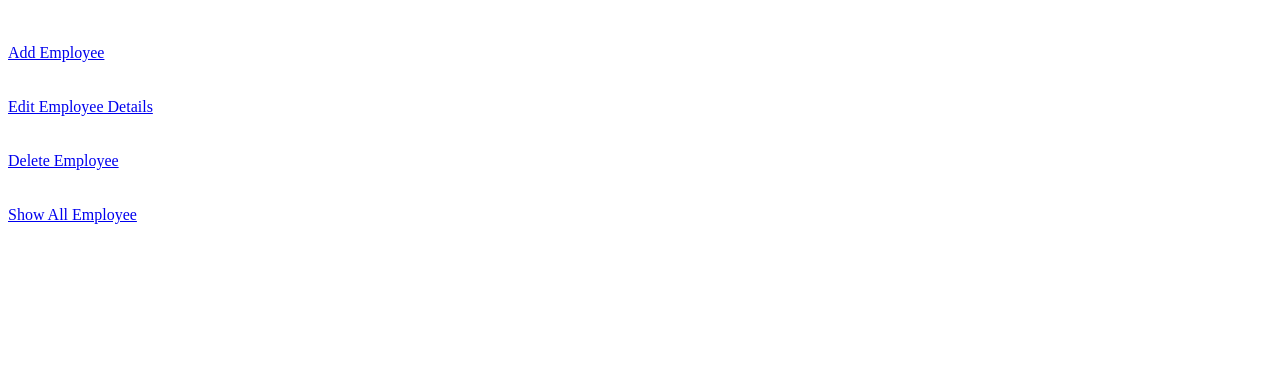
Repository: AchantaTharun/Database-Mastery-Practice
Page: CURD/WebContent/home.html
An editor plug-in stored every save of this project. The page is shown before and after the next save, followed by the edit.
The browser window is 1280 px wide. The pictures show the whole page.

Above is the page before, as saved 2019-08-19 12:46:09.

### CURD/WebContent/home.html
<!DOCTYPE html>
<html>
<head>
<meta charset="ISO-8859-1">
<title>Insert title here</title>
</head>
<body>
<br>
<br>
<a href="index.html">Add Employee</a><br>
<br>
<br>
<a href="edit.html">Edit Employee Details</a><br>
<br>
<br>
<a href="delete.html">Delete Employee</a><br>
<br>
<br>
<a href="display.html">Show All Employee</a><br>
<br>
<br>

</body>
</html>

After the next save:
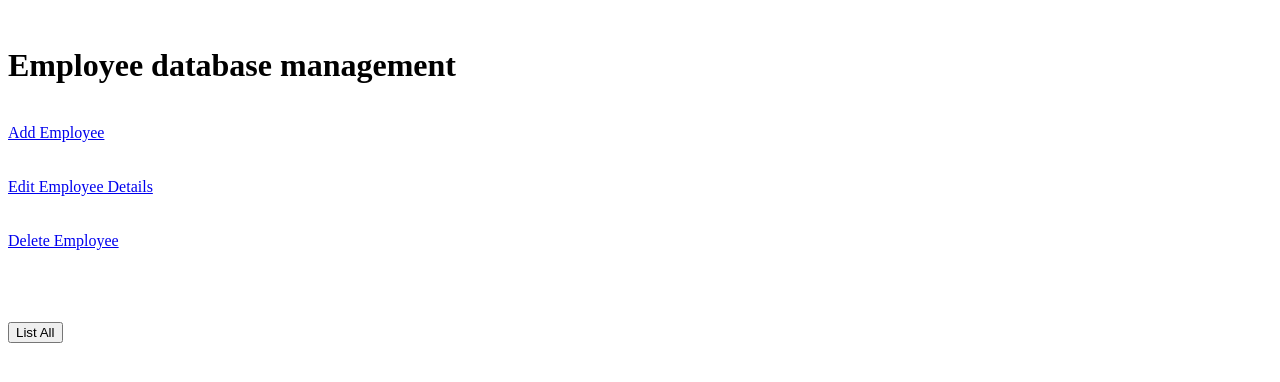
Saved 30 min 39 s later.
--- a/CURD/WebContent/home.html
+++ b/CURD/WebContent/home.html
@@ -2,11 +2,13 @@
 <html>
 <head>
 <meta charset="ISO-8859-1">
-<title>Insert title here</title>
+<title>Employee database management</title>
 </head>
 <body>
 <br>
+<h1>Employee database management</h1>
 <br>
+
 <a href="index.html">Add Employee</a><br>
 <br>
 <br>
@@ -16,7 +18,12 @@
 <a href="delete.html">Delete Employee</a><br>
 <br>
 <br>
-<a href="display.html">Show All Employee</a><br>
+<form action="disEmp" method="post">
+<br>
+<br>
+<input type="submit" value="List All">
+
+</form>
 <br>
 <br>
 
